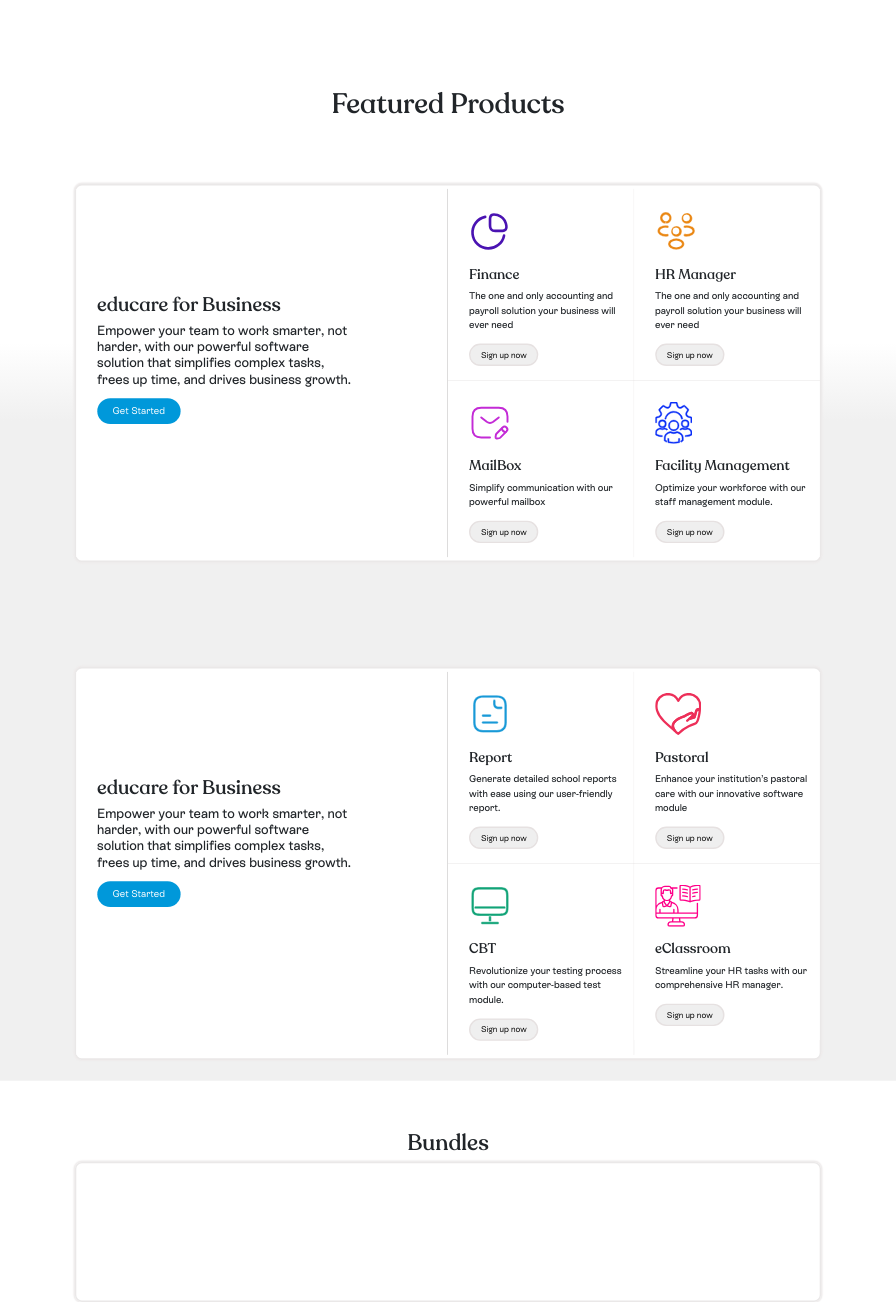
Repository: sarahnnanyelugo/educare-web
Page: /
The author's editor kept a copy of each file at every save. The page is drawn from the files as they stood at one save, then again after the next save.
The browser window is 1280 px wide. The pictures show the part of the page from y = 937 to 2857 px (the page is 2797 px tall before and 2857 px after), at 70% of full size.
The project was rebuilt for these pictures with package versions that can differ from the ones it lists, and the page was loaded fresh each time.

Above is the page before, as saved 2023-04-05 09:48:55.

After the next save:
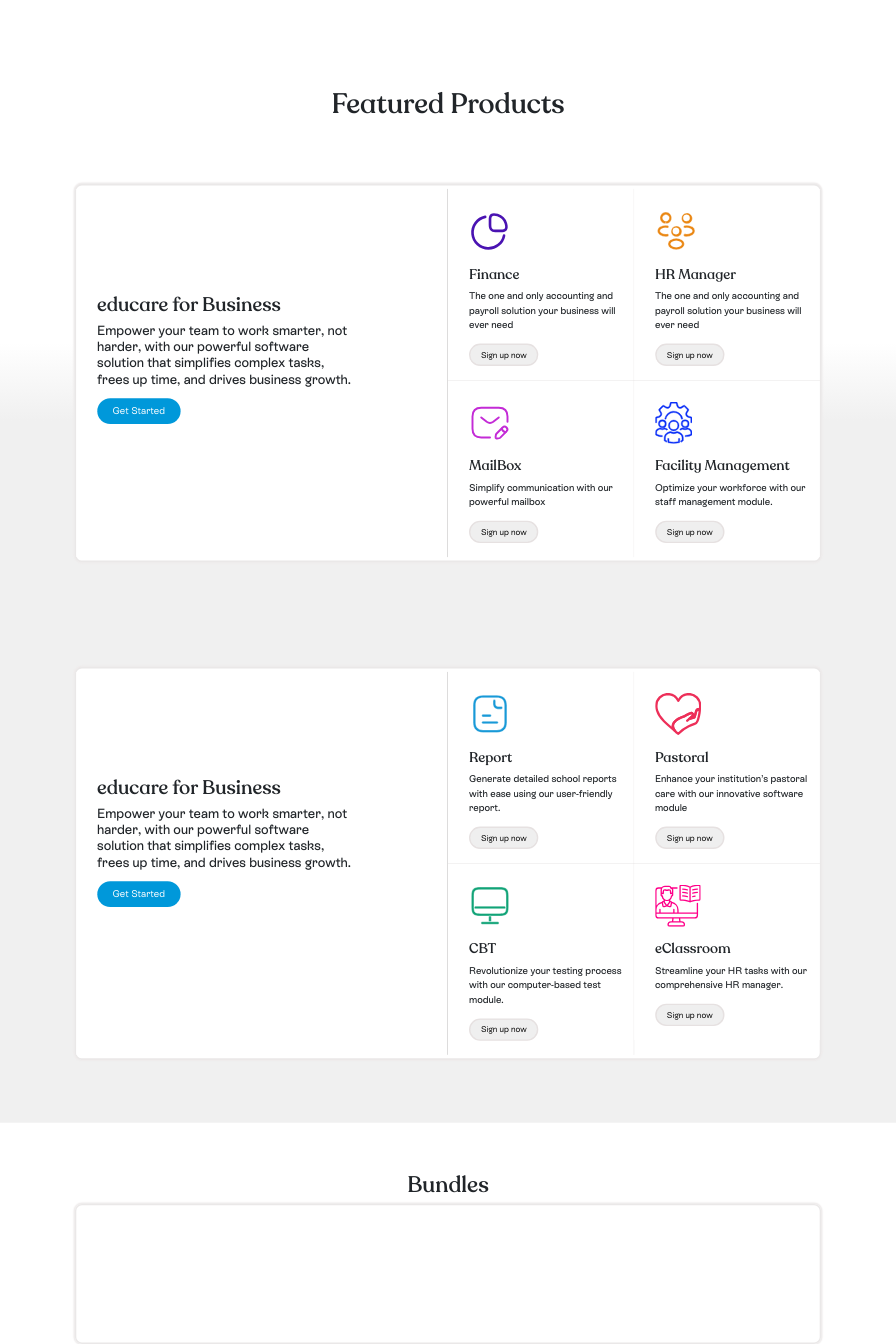
Saved 9 s later.
--- a/src/pages/Home/_home.scss
+++ b/src/pages/Home/_home.scss
@@ -86,7 +86,7 @@
     0deg,
     rgba(255, 255, 255, 1) 67% rgba(240, 240, 240, 1) 51%
   );
-  padding-bottom: 30px;
+  padding-bottom: 90px;
 }
 .bundles {
   border: solid 2px rgb(234, 232, 232);
